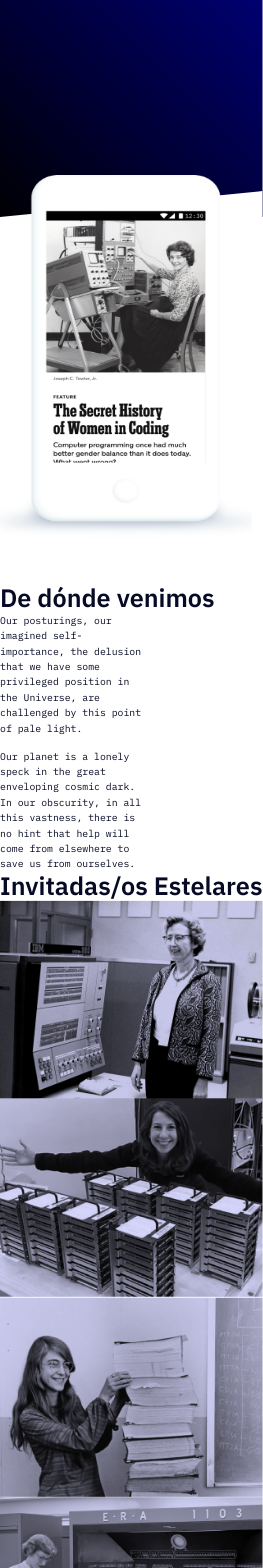
Repository: FedeGA93/podcast
Page: index.html
The author's editor kept a copy of each file at every save. The page is drawn from the files as they stood at one save, then again after the next save.
The browser window is 375 px wide. The pictures show the part of the page from y = 1150 to 3390 px (the page is 5130 px tall before and 5210 px after), at 70% of full size.
Pictures or frames that could not be fetched are drawn as grey boxes. Some web libraries are served in a nearby version.

Above is the page before, as saved 2019-11-25 10:40:33.

After the next save:
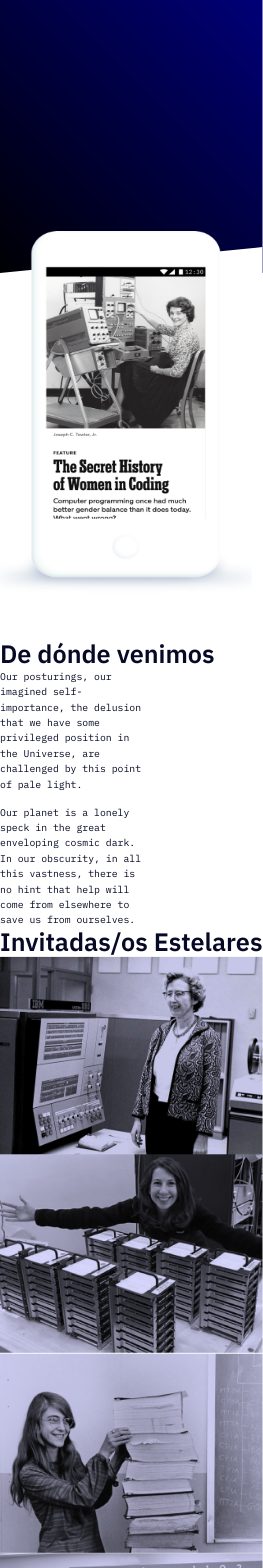
Saved 6 s later.
--- a/styles/styles.css
+++ b/styles/styles.css
@@ -310,7 +310,7 @@ iframe {
     border-radius: 3px;
   }
   .sec{
-    height: 150vh;
+    height: 160vh;
   }
   .secfoot{
     height: 40vh;
